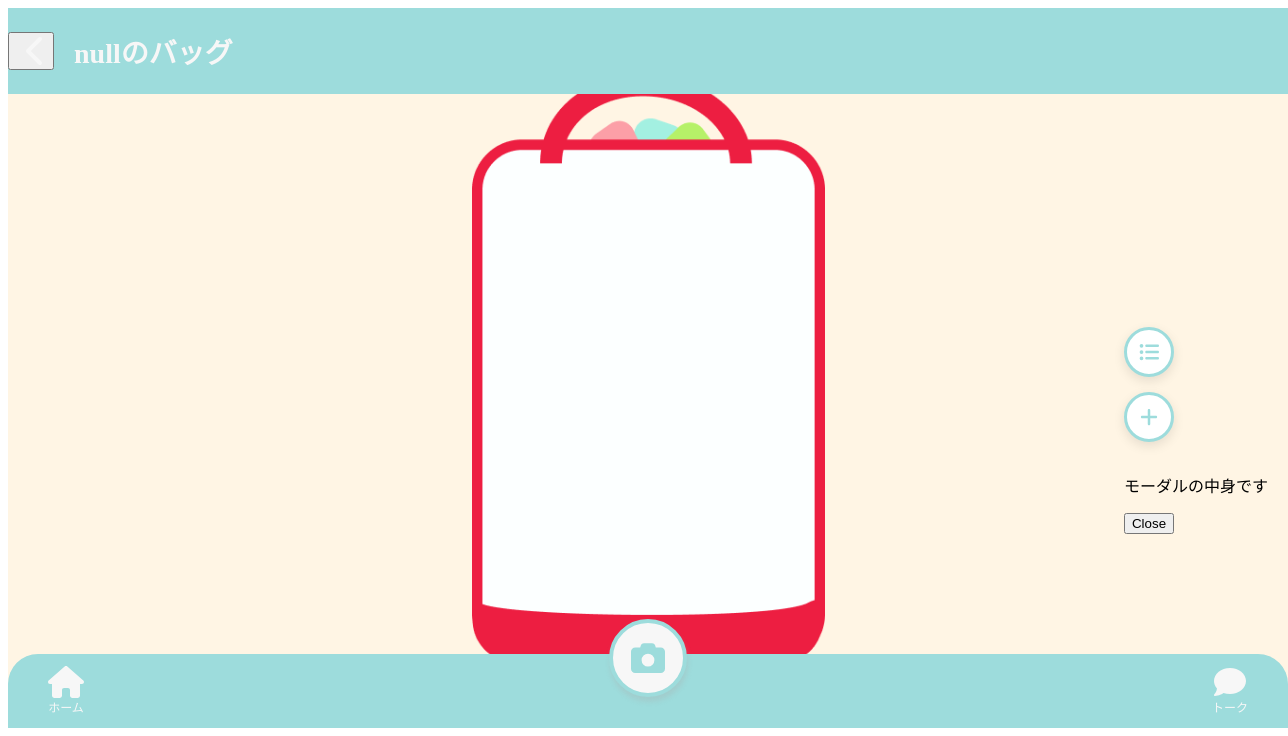
Repository: yamagataYK/pair-bag
Page: /bag, after clicking the first element matching `button.modal_249b3_addButton`
An editor plug-in stored every save of this project. The page is shown before and after the next save, followed by the edit.
The browser window is 1280 px wide. The page is 1288 px wide, so the pictures cover 1288 px, including what lies to the right of the window. The pictures show the whole page.
The project was rebuilt for these pictures with package versions that can differ from the ones it lists, and the page was loaded fresh each time. The framework's server and built-in components were replaced by stand-ins that run in the browser. Also part of the build but not shown: next.config.ts.

Above is the page before, as saved 2025-07-17 15:36:03.

### src/app/layout.tsx
import type { Metadata } from "next";
import { Noto_Sans_JP } from "next/font/google";
import "./globals.css";
import 'ress'

const notoSansJp = Noto_Sans_JP({
  variable: "--font-geist-sans",
  subsets: ["latin"],
});

export const metadata: Metadata = {
  title: "PairBag",
  description: "Generated by create next app",
};

export default function RootLayout({ children, }: Readonly<{
  children: React.ReactNode;
}>) {
  return (
    <html lang="ja">
      <body className={`${notoSansJp.variable}`}>
        {children}
      </body>
    </html>
  );
}

### src/app/bag/page.tsx
'use client'

import styles from "./page.module.css";
import Main from "@/components/main";
import Footer from "@/components/footer";
import Header from "@/components/header";
import Modal from "@/components/modal"
import { FontAwesomeIcon } from "@fortawesome/react-fontawesome";
import { faListUl } from "@fortawesome/free-solid-svg-icons";
import { useSearchParams } from "next/navigation";



export default function Page() {
    const searchParams = useSearchParams();
    const color = searchParams.get('color');
    const name = searchParams.get('name');



    const handleColor = () => {
        switch (color) {
            case "red":
                return styles.red
            case "blue":
                return styles.blue
            case "green":
                return styles.green

            default:
                return styles.red
        }
    }

    return (
        <>
            <Header title={`${name}のバッグ`} />
            <Main className={styles.main}>
                <div className={`${styles.bagImage} ${handleColor()}`}>
                    <div className={styles.addButtonWrap}>
                        <button type="button" className={styles.addButton}>
                            <FontAwesomeIcon icon={faListUl} className={styles.icon} />
                        </button>
                        <Modal></Modal>
                    </div>
                </div>
            </Main>
            <Footer />
        </>

    );
}

### src/app/bag/page.module.css
/* bagの中身のcss */
.main {
    width: 100%;
    background-color: #FFF5E4;
    position: relative;
}


.bagImage {
    width: 100%;
    height: 100%;
    background-size: contain;
    background-position: center center;
    background-repeat: no-repeat;
    margin-top: -20px;

}

.red {
    background-image: url('/images/bag-background.png');
}

.blue {
    background-image: url('/images/bag-background2.png');
}

.green {
    background-image: url('/images/bag-background3.png');
}

.addButtonWrap {
    position: absolute;
    right: 20px;
    bottom: 150px;
    display: flex;
    flex-direction: column;
    gap: 15px;
}

.addButton {
    width: 50px;
    height: 50px;
    padding: 12px;
    border-radius: 50%;
    border: 3px solid #9DDCDC;
    background-color: #FFFFFF;
    box-shadow: 0 4px 12px rgba(0, 0, 0, 0.1);
}

.icon {
    margin: auto;
    width: 100%;
    height: 100%;
    color: #9DDCDC;
}

### src/components/main.tsx
import { ReactNode } from "react";
import styles from "./main.module.css";

type Props = {
    children?: ReactNode,
    className: string
}

export default function Main(props: Props) {
    return (
        <main className={`${styles.main} ${props.className}`}>
            {props.children}
        </main>
    );
}

### src/components/footer.tsx

import styles from './footer.module.css';
import Link from 'next/link';
import { FontAwesomeIcon } from '@fortawesome/react-fontawesome';
import { faCamera, faHouse, faComment } from '@fortawesome/free-solid-svg-icons';

export default function Footer() {
    return (

        <footer className={styles.footer}>

            <Link href="/" className={styles.navItem}>
                <FontAwesomeIcon icon={faHouse} className={styles.icon} />
                <span className={styles.text}>ホーム</span>
            </Link>
            <div className={styles.cameraButtonWrapper}>
                <Link href="/camera" className={styles.cameraButton}>
                    <FontAwesomeIcon icon={faCamera} className={styles.cameraIcon} />
                </Link>
            </div>
            <Link href="/chat" className={styles.navItem}>
                <FontAwesomeIcon icon={faComment} className={styles.icon} />
                <span className={styles.text}>トーク</span>
            </Link>


        </footer>
    )
}

### src/components/header.tsx

'use client'

import styles from './header.module.css';
import { FontAwesomeIcon } from '@fortawesome/react-fontawesome';
import { faChevronLeft } from '@fortawesome/free-solid-svg-icons';
import { useRouter } from 'next/navigation';

type Props = {
    title: string
}

export default function Header(props: Props) {

    const router = useRouter()

    return (
        <header className={styles.header}>
            <button onClick={() => router.back()}>
                <FontAwesomeIcon icon={faChevronLeft} className={styles.icon} />
            </button>
            <h2 className={styles.title}>{props.title}</h2>
        </header>
    );
};

### src/components/modal.tsx
'use client'

import styles from "./modal.module.css";
import { FontAwesomeIcon } from "@fortawesome/react-fontawesome";
import { faPlus } from "@fortawesome/free-solid-svg-icons";
import { useState } from "react";


export default function Modal() {

    const [isOpen, setIsOpen] = useState(false);

    const toggleModal = () => {
        setIsOpen(!isOpen);
    };

    return (
        <>
            <button type="button" className={styles.addButton}
                onClick={toggleModal}
            >
                <FontAwesomeIcon icon={faPlus} className={styles.icon} />
            </button>
            {isOpen && (
                <div className={`${styles.modalStyle}${styles.modalOpen}`}>
                    <p>モーダルの中身です</p>
                    <button onClick={toggleModal}>Close</button>
                </div>
            )}
        </>
    )
};

### src/components/main.module.css
.main{
    width: 100%;
    height: 100%;
    overflow: auto;
}

### src/components/footer.module.css
.footer {
    position: relative;
    background-color: #9DDCDC;
    height: 90px;
    border-radius: 30px 30px 0 0;
    display: flex;
    justify-content: space-between;
    align-items: center;
    padding: 0 40px;
    margin-top: -30px;
}

.navItem {
    display: flex;
    flex-direction: column;
    align-items: center;
    text-decoration: none;
}

.icon {
    font-size: 32px;
    color: #F7F7F7;
}

.text {
    font-size: 12px;
    color: #F7F7F7;
}

.cameraButtonWrapper {
    position: absolute;
    top: -35px;
    left: 50%;
    transform: translateX(-50%);
    z-index: 1;
}

.cameraButton {
    background-color: #F7F7F7;
    border: #9DDCDC 4px solid;
    border-radius: 50%;
    width: 70px;
    height: 70px;
    display: flex;
    justify-content: center;
    align-items: center;
    box-shadow: 1px 5px 5px 0px rgba(171, 171, 171, 0.30);
    text-decoration: none;
}

.cameraIcon {
    color: #9DDCDC;
    font-size: 34px;
}

### src/components/header.module.css
.header {
    width: 100%;
    height: 100px;
    display: flex;
    align-items: center;
    gap: 20px;
    background-color: #9DDCDC;

}


.icon {
    font-size: 32px;
    padding-left: 10px;
    color: #F7F7F7;
}

.title {
    font-size: 28px;
    color: #F7F7F7;
}

### src/components/modal.module.css
.addButtonWrap {
    position: absolute;
    right: 20px;
    bottom: 150px;
    display: flex;
    flex-direction: column;
    gap: 15px;
}

.addButton {
    width: 50px;
    height: 50px;
    padding: 12px;
    border-radius: 50%;
    border: 3px solid #9DDCDC;
    background-color: #FFFFFF;
    box-shadow: 0 4px 12px rgba(0, 0, 0, 0.1);
}

.icon {
    margin: auto;
    width: 100%;
    height: 100%;
    color: #9DDCDC;
}




.modalStyle {
    position: fixed;
    bottom: 0;
    left: 0;
    width: 100vw;
    max-height: 60vh;
    /* 高さは好きなだけ */
    background: #fff;
    border-top-left-radius: 16px;
    border-top-right-radius: 16px;
    padding: 1rem;
    box-shadow: 0 -4px 12px rgba(0, 0, 0, 0.1);
    transform: translateY(100%);
    /* 初期状態は画面外 */
    transition: transform 0.3s ease-out;
    z-index: 10;
    overflow-y: auto;
}

.modalOpen {
    transform: translateY(0);
}

Loaded but not shown: src/app/globals.css (common file)

After the next save:
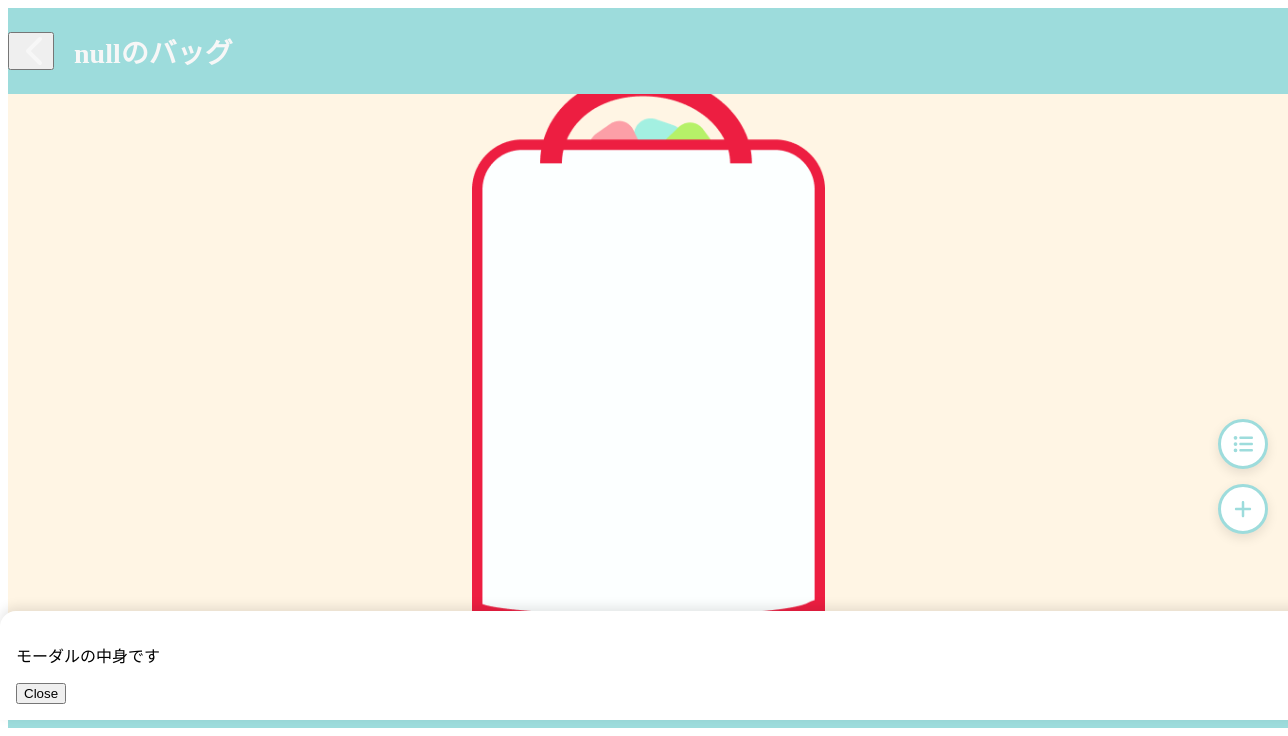
Saved 33 s later.
--- a/src/components/modal.tsx
+++ b/src/components/modal.tsx
@@ -22,7 +22,7 @@ export default function Modal() {
                 <FontAwesomeIcon icon={faPlus} className={styles.icon} />
             </button>
             {isOpen && (
-                <div className={`${styles.modalStyle}${styles.modalOpen}`}>
+                <div className={`${styles.modalStyle} ${styles.modalOpen}`}>
                     <p>モーダルの中身です</p>
                     <button onClick={toggleModal}>Close</button>
                 </div>
